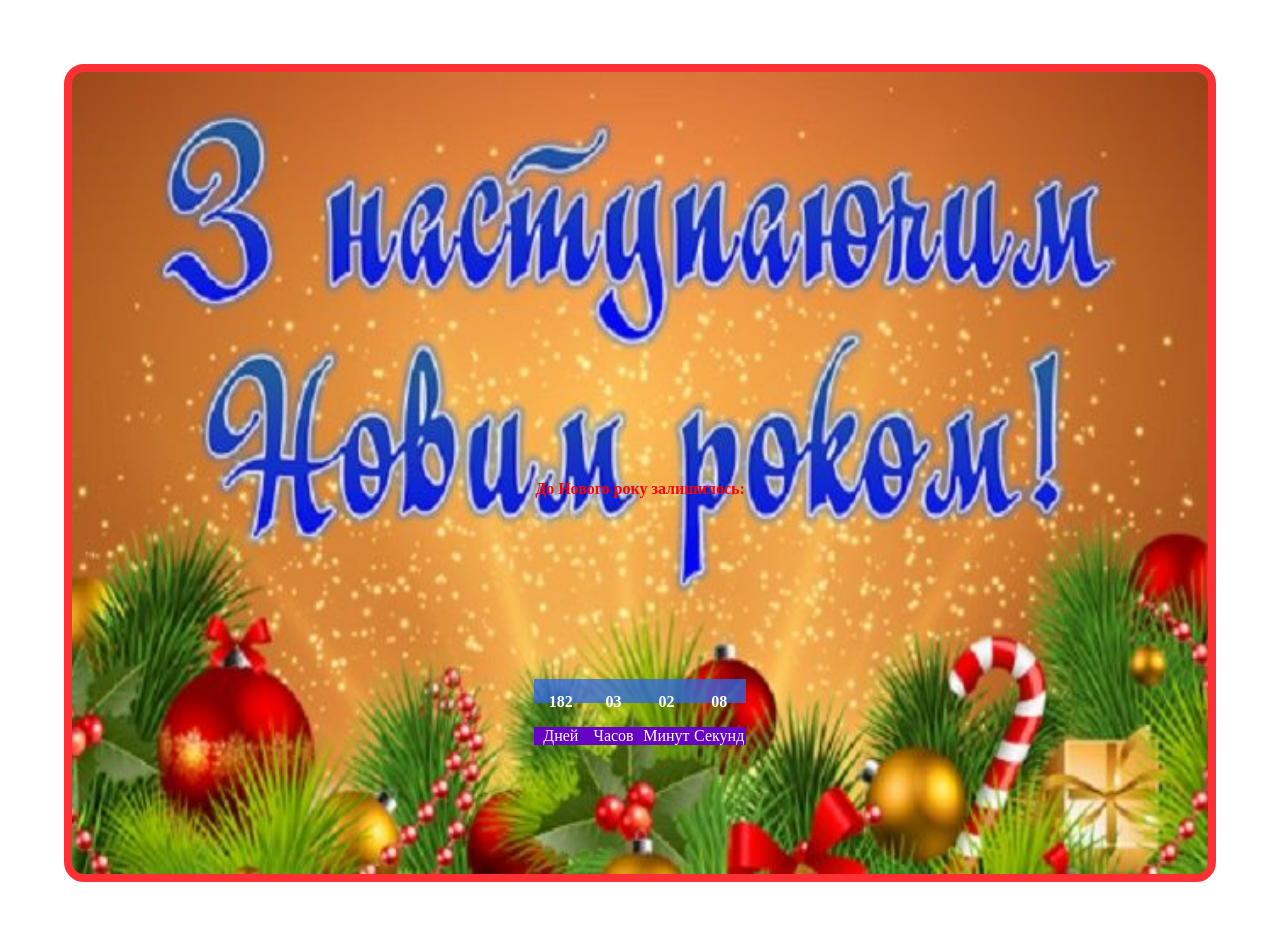
Repository: KonstantinKhamilov/JavaScript11-new-year
Page: index.html
An editor plug-in stored every save of this project. The page is shown before and after the next save, followed by the edit.
The browser window is 1280 px wide. The pictures show the whole page.

Above is the page before, as saved 2024-12-29 18:03:44.

### index.html
<!DOCTYPE html>
<html lang="en">
    <head>
        <title>JavaScript11</title>

        <meta charset="utf-8">
        <meta http-equiv="X-UA-Compatible" content="IE=edge">
        <meta name="description" lang="ru" content="Стили css">
        <meta name="author" content="Константин">
        <meta name="keywords" content="Программирование, уроки JavaScript">
        <meta name="robots" content="all">
        <meta name="viewport" content="width=device-width, initial-scale=1.0">
        <link rel="stylesheet" href="newYear.css" type="text/css">
</head>

<body>
   <!--
     <h1><u>Задание 1</u></h1>
    <p>Необходимо реализовать функцию, описывающую окружность.В функции должны быть следующие компоненты:</p>
<ul type="disk">
    <li>поле, хранящее радиус окружности;</li>
    <li>get-свойство, возвращающее радиус окружности;</li>
    <li>set-свойство, устанавливающее радиус окружности;</li>
    <li>get-свойство, возвращающее диаметр окружности;</li>
    <li>метод, вычисляющий площадь окружности;</li>
    <li>метод, вычисляющий длину окружности.</li>
</ul>
       <p>Продемонстрируйте работу свойств и методов.</p>
       <p>Введите радиус окружности: </p>
       <input type="text" id="rad">
        <button onclick="showResults()">Показать результаты</button>
        <p id="output"></p>

          <h1><u>Задание 2</u></h1>
          <p>Реализуйте функцию, которая описывает css класс.функция CssClass должна содержать внутри себя:</p>
          <ul type="square">
<li>название css класса;</li>
<li>массив стилей;</li>
<li>метод для установки стиля;</li>
<li>метод для удаления стиля;</li>
<li>метод getCss(), который возвращает css код в виде строки.</li>
          </ul>

          <p>Введите название класса:</p>
    <input type="text" id="class" />
    <button onclick="showCSS()">Показать результат генерации</button>
    <p id="output1"></p>

    <p>Добавить стиль:</p>
    <input type="text" id="add-style" />
    <button onclick="addStyle()">Добавить</button>

    <p>Удалить стиль:</p>
    <input type="text" id="remove-style" />
    <button onclick="removeStyle()">Удалить</button>

  <h1><u>Задание 3</u></h1>
  <p>
    Рассчитайте, сколько дней, часов, минут и секунд осталось до Нового года. Выведите эти значения красиво,
    методом document.write() или другим с тегами -p- и
    -span- и классами для них. Стили можно записать в отдельном css-файле. Если одно из чисел будет меньше 10,
    то его нужно вывести с ведущим 0, например, так:
    Сделайте свой скрипт универсальным, задав дату следующего Нового года относительно текущей даты с помощью методов объекта Date.
  </p>
  <p>Пример вывода результата задания:</p>
<img src="D:\Full Stack\Модуль\JavaScript\JavaScript11\Безымянный1.png" alt="time">
-->
<div class="box">
  <h1>До Нового року залишилось:</h1>
  <div class="count">
    <div class="timer"><h2 id="day">00</h2><p>Дней</p></div>
    <div class="timer"><h2 id="hrs">00</h2><p>Часов</p></div>
    <div class="timer"><h2 id="min">00</h2><p>Минут</p></div>
    <div class="timer"><h2 id="sec">00</h2><p>Секунд</p></div>
  </div>
</div>

    <script>
/*
        //1
function Circle(radius) {
  // Сохранение значения радиуса в свойстве объекта
  this.radius = radius;
  // Определение get-свойства для получения значения радиуса
  Object.defineProperty(this, 'radius', {
    get: function() {
      // Возвращение значения радиуса
      return radius;
    },
    // Определение set-свойства для установки значения радиуса
    set: function(value) {
      // Проверка на корректность значения радиуса
      if (value <= 0) throw new Error('Invalid radius');
      // Установка нового значения радиуса
      radius = value;
    }
  });

  // Определение get-свойства для получения значения диаметра окружности
  Object.defineProperty(this, 'diameter', {
    get: function() {
      // Возвращение значения диаметра, равного удвоенному радиусу
      return 2 * radius;
    }
  });

  // Определение метода для вычисления площади окружности
  this.area = function() {
    // Возвращение площади окружности, вычисленной как произведение числа Пи на квадрат радиуса
    return Math.PI * Math.pow(radius, 2);
  }

  // Определение метода для вычисления длины окружности
  this.circumference = function() {
    // Возвращение длины окружности, вычисленной как произведение числа Пи на удвоенный радиус
    return 2 * Math.PI * radius;
  }
}

function showResults() {
    let input = document.getElementById("rad").value;
    let circle = new Circle(input);
    let output = 'Радиус: ' + circle.radius + '<br>';
    output += 'Диаметр: ' + circle.diameter + '<br>';
    output += 'Площадь: ' + circle.area() + '<br>';
    output += 'Длинна окружности: ' + circle.circumference();
    document.getElementById("output").innerHTML = output;
  }

  //2

      // Определение функции CssClass, которая принимает название CSS класса в качестве аргумента
      function CssClass(className) {
        // Сохранение значения названия CSS класса в свойстве объекта
        this.className = className;
        // Создание пустого массива для хранения стилей CSS класса
        this.styles = [];

        // Определение метода setStyle для добавления нового стиля в массив стилей
        this.setStyle = function(style) {
          // Добавление нового стиля в конец массива стилей
          this.styles.push(style);
        }

        // Определение метода removeStyle для удаления существующего стиля из массива стилей
        this.removeStyle = function(style) {
          // Поиск индекса указанного стиля в массиве стилей
          let index = this.styles.indexOf(style);
          // Если стиль найден в массиве
          if (index !== -1) {
            // Удаление стиля из массива по найденному индексу
            this.styles.splice(index, 1);
          }
        }

        // Определение метода getCss для генерации CSS кода класса в виде строки
        this.getCss = function() {
          // Создание строки с селектором CSS класса и открывающей скобкой
          let cssString = '.' + this.className + ' {\n';
          // Цикл по всем стилям в массиве стилей
          for (let i = 0; i < this.styles.length; i++) {
            // Добавление очередного стиля в строку с отступом и точкой с запятой
            cssString += '  ' + this.styles[i] + ';\n';
          }
          // Добавление закрывающей скобки в конец строки
          cssString += '}';
          // Возвращение сгенерированной строки с CSS кодом класса
          return cssString;
        }
      }
      let myClass;

      function showCSS() {
        // Получение значения из элемента input с id 'class'
        let className = document.getElementById('class').value;
        // Создание нового объекта CssClass с названием класса из элемента input
        myClass = new CssClass(className);
        // Добавление стиля 'color: red' в массив стилей класса
        myClass.setStyle('color: red');
        // Добавление стиля 'font-size: 16px' в массив стилей класса
        myClass.setStyle('font-size: 16px');
        // Вывод сгенерированного CSS кода класса в элемент p с id 'output'
        document.getElementById('output1').innerHTML = myClass.getCss();
      }

      function addStyle() {
        if (!myClass) {
          alert('Сначала нажмите кнопку "Показать результат генерации"');
          return;
        }
        // Получение значения из элемента input с id 'add-style'
        let style = document.getElementById('add-style').value;
        // Добавление стиля в массив стилей класса
        myClass.setStyle(style);
        // Вывод обновленного CSS кода класса в элемент p с id 'output'
        document.getElementById('output1').innerHTML = myClass.getCss();
      }

      function removeStyle() {
        if (!myClass) {
          alert('Сначала нажмите кнопку "Показать результат генерации"');
          return;
        }
        // Получение значения из элемента input с id 'remove-style'
        let style = document.getElementById('remove-style').value;
        // Удаление стиля из массива стилей класса
        myClass.removeStyle(style);
        // Вывод обновленного CSS кода класса в элемент p с id 'output'
        document.getElementById('output1').innerHTML = myClass.getCss();
      }
      */

//3
const day = document.getElementById('day');
const hrs = document.getElementById('hrs');
const min = document.getElementById('min');
const sec = document.getElementById('sec');
const currentYear = new Date().getFullYear();

const newYear = new Date (`1 Jan ${currentYear + 1} 00:00:00`);

function countdownDate(){
const today = Date.now()
const gap = newYear - today;
let d = Math.floor(gap/1000/60/60/24);
let h = Math.floor((gap/1000/60/60)%24);
let m = Math.floor((gap/1000/60)%60);
let s = Math.floor((gap/1000)%60);

day.innerHTML = d<10 ? '0' + d : d;
hrs.innerHTML = h<10 ? '0' + h : h;
min.innerHTML = m<10 ? '0' + m : m;
sec.innerHTML = s<10 ? '0' + s : s;
}
setInterval(countdownDate,1000);
    </script>
</body>
</html>

### newYear.css
body {
  margin: 5%;
}

@media screen and (min-width: 320px) {
  .box {
    display: flex;
    flex-direction: column;
    /*justify-content: center;*/
    align-items: center;
    height: 100%;
    background-image: url("z_nastupauschim_ng_4.jpg");
    background-repeat: no-repeat;
    background-size: 100% 100%;
    background-position: 0px 0px;
    border: solid 8px;
    border-radius: 20px;
    border-color: rgb(255, 48, 52);
  }

  .box > h1 {
    color: rgb(255, 0, 0);
    font-family: cursive;
    padding-top: 35%;
    font-size: 1em;
  }

  .count {
    display: flex;
    flex-direction: row;
    justify-content: center;
    width: 85%;
    margin: 15%;
  }

  .timer {
    text-align: center;
    background-color: rgb(46, 103, 234, 0.75);
    width: 3.3em;
    height: 1.5em;
  }

  h2 {
    color: white;
    font-size: 1em;
  }

  .timer > p {
    color: white;
    background-color: rgb(102, 2, 196);
    font-size: 1em;
  }
}

After the next save:
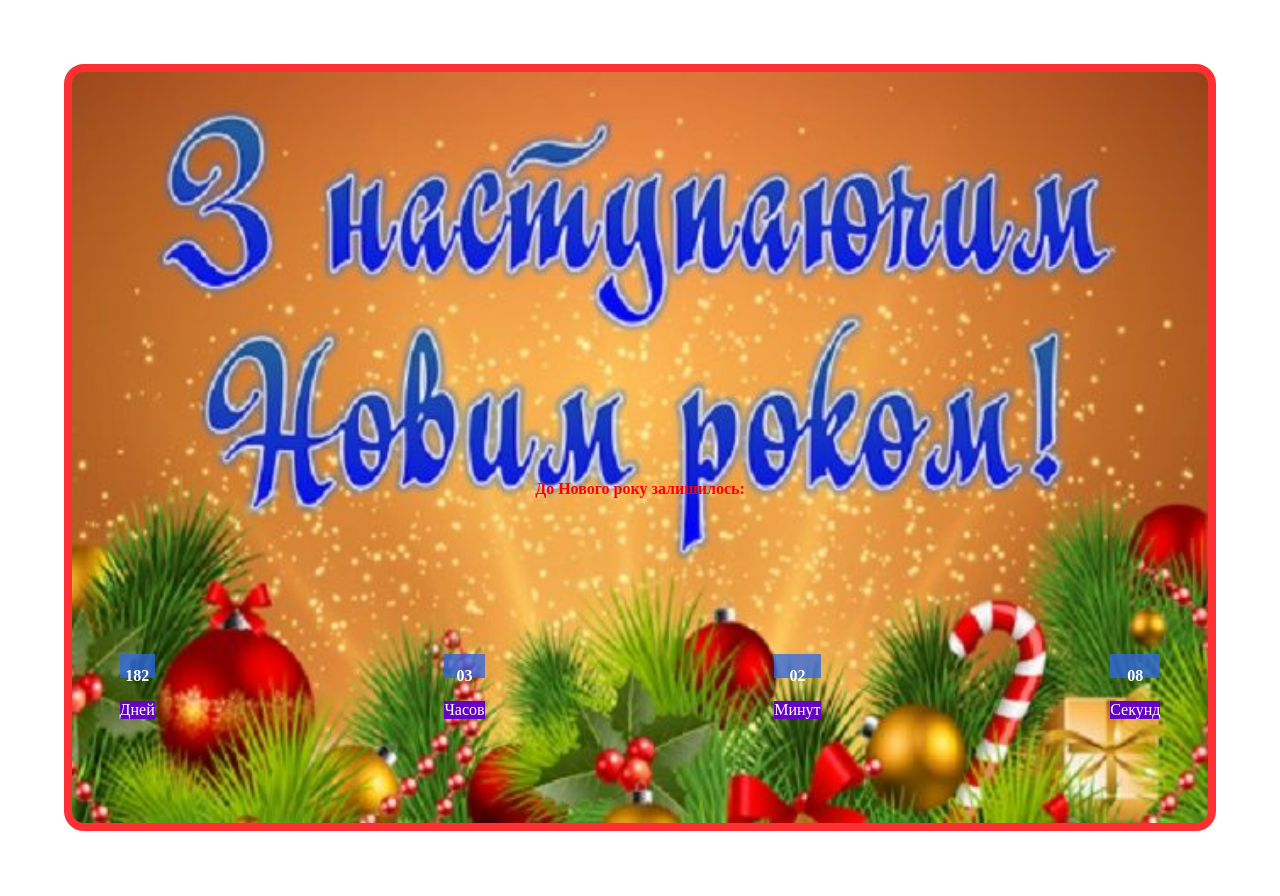
Saved 40 s later.
--- a/newYear.css
+++ b/newYear.css
@@ -30,7 +30,6 @@ body {
     flex-direction: row;
     justify-content: center;
     width: 85%;
-    margin: 15%;
   }
 
   .timer {
@@ -38,6 +37,7 @@ body {
     background-color: rgb(46, 103, 234, 0.75);
     width: 3.3em;
     height: 1.5em;
+    margin: 15%;
   }
 
   h2 {
